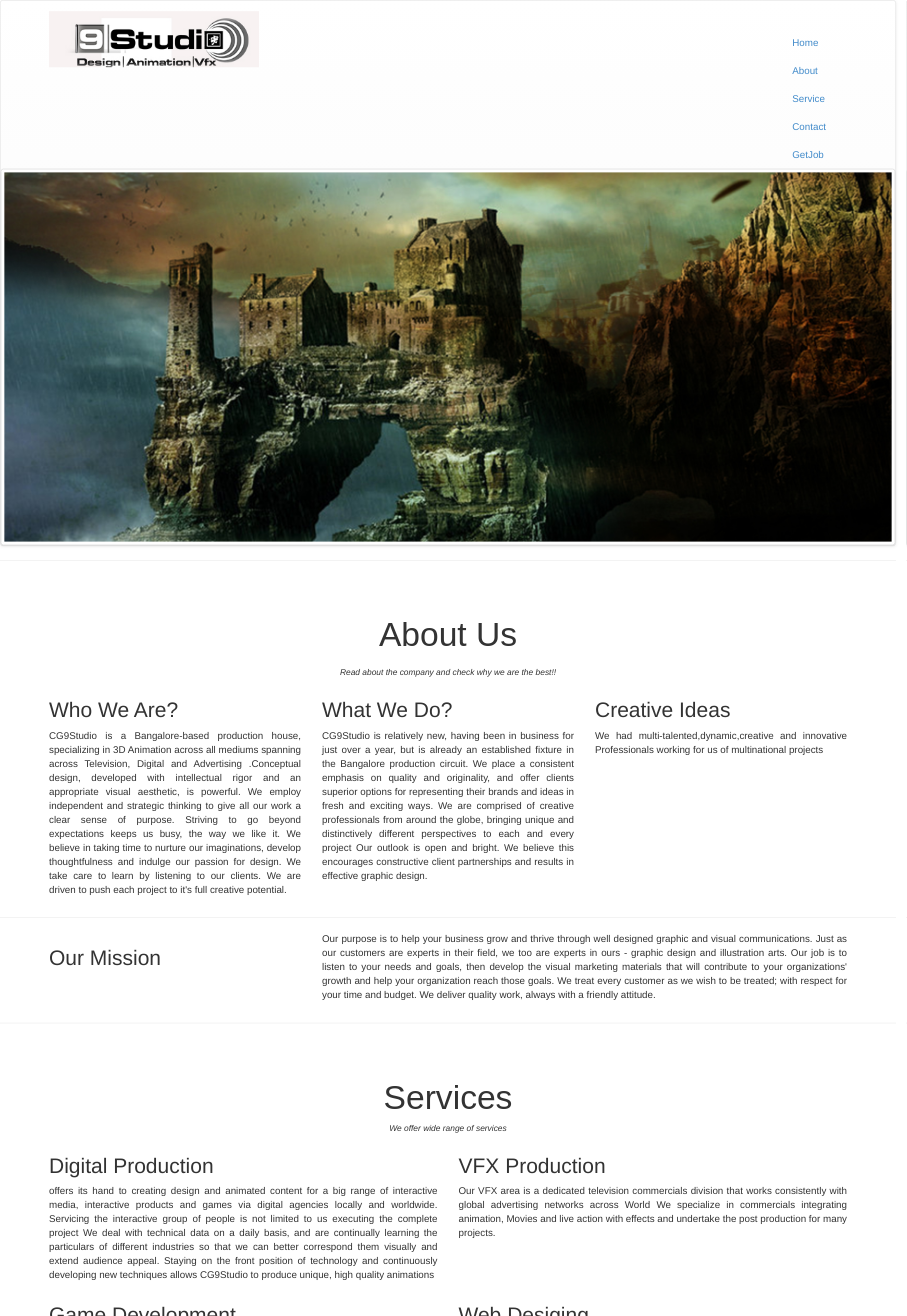
Repository: deepak6sp/BootstrapTheme1
Page: 9studio/WebContent/index.html
These files come from the project's save history. The page is drawn as it stood at one moment and after the next save; the edit follows.
The browser window is 1280 px wide. The page is 1295 px wide, so the pictures cover 1295 px, including what lies to the right of the window. The pictures show the part of the page from y = 0 to 1880 px (the page is 2639 px tall before and 2481 px after), at 70% of full size.
Some web libraries are served in a nearby version.

Above is the page before, as saved 2014-07-23 13:44:18.

### 9studio/WebContent/index.html
<!DOCTYPE html>
<html>
<head>
<meta charset="ISO-8859-1">
<title>Welcome To 9Studio</title>
<link rel="stylesheet" type="text/css" href="css/style.css">
<link rel="stylesheet" type="text/css" href="css/bootstrap.min.css">
<link rel="stylesheet" type="text/css" href="css/bootstrap-theme.min.css">
</head>
<body>
	<header class="navbar navbar-default">
		<div class="container">
			<div class="navbar-header">
				<a class="navbar-brand" href="#" title="9studio"><img src="images/logo.jpg"></a>
				<button class="navbar-toggle" data-toggle="collapse" data-target="#navheaderCollapse">
					<span class="icon-bar"></span>
			        <span class="icon-bar"></span>
			        <span class="icon-bar"></span>
	      		</button>
	      	</div>
	      	<br></br>
      		<div class="collapse navbar-collapse navbar-collapse-top" id="navheaderCollapse">
				<ul class="nav navbar-tabs navbar-right" >
					<li><a href="#">Home</a></li>
					<li><a href="#about-us">About</a></li>
					<li><a href="#service">Service</a></li>
					<li><a href="#contact">Contact</a></li>
					<li><a href="#getjob">GetJob</a></li>
				</ul>
			</div>
		</div>
		<img src="images/home1.jpg" class="img-thumbnail">
	</header>
	<hr><br></br>
		<section id="about-us">
			<div class="container">
				<div class="row text-center"><h1>About Us</h1></div>
				<div class="row text-center"><h6>Read about the company and check why we are the best!!</h6></div>
			</div>
			<div class="container">
				<div class="row">
					<div class="col-md-4">
						<h2>Who We Are?</h2>
						<p class="text-justify">CG9Studio is a Bangalore-based production house, specializing in 3D Animation across all mediums spanning across Television,
						Digital and Advertising .Conceptual design, developed with intellectual rigor and an appropriate visual aesthetic, is powerful.
						We employ independent and strategic thinking to give all our work a clear sense of purpose. Striving to go beyond expectations
						keeps us busy, the way we like it. We believe in taking time to nurture our imaginations, develop thoughtfulness and indulge our
						passion for design. We take care to learn by listening to our clients. We are driven to push each project to it's full creative
						potential.</p>
					</div>
					<div class="col-md-4">
						<h2>What We Do?</h2>
						<p class="text-justify">CG9Studio is relatively new, having been in business for just over a year, but is already an established fixture in the Bangalore
						production circuit. We place a consistent emphasis on quality and originality, and offer clients superior options for representing
						their brands and ideas in fresh and exciting ways. We are comprised of creative professionals from around the globe, bringing unique
						and distinctively different perspectives to each and every project Our outlook is open and bright. We believe this encourages
						constructive client partnerships and results in effective graphic design.</p>
					</div>
					<div class="col-md-4">
						<h2>Creative Ideas</h2>
						<p class="text-justify"> We had multi-talented,dynamic,creative and innovative Professionals working for us of multinational projects</p>
					</div>
				</div>
			</div>
			<hr>
			<div class="container">
				<div class="row">
					<div class="col-md-4">
						<h2>Our Mission</h2>
					</div>
					<div class="col-md-8">
						<p class="text-justify">Our purpose is to help your business grow and thrive through well designed graphic and visual communications. Just as our
						customers are experts in their field, we too are experts in ours - graphic design and illustration arts. Our job is to listen
						to your needs and goals, then develop the visual marketing materials that will contribute to your organizations' growth and help
						your organization reach those goals. We treat every customer as we wish to be treated; with respect for your time and budget. We
						deliver quality work, always with a friendly attitude.
					</div>
				</div>
			</div>
		</section>

	<hr><br></br>
		<section id="service">
			<div class="container">
				<h1 class="row text-center">Services</h1>
				<h6 class="row text-center">We offer wide range of services</h6>
			</div>
			<div class="container">
				<div class="row">
					<div class="col-md-6">
						<h2>Digital Production</h2>
						<p class="text-justify"> offers its hand to creating design and animated content for a big range of interactive media, interactive products and games
						via digital agencies locally and worldwide.  Servicing the interactive group of people is not limited to us executing the complete
						project We deal with technical data on a daily basis, and are continually learning the particulars of different industries so that
						we can better correspond them visually and extend audience appeal. Staying on the front position of technology and continuously
						developing new techniques allows CG9Studio to produce unique, high quality animations</p>
					</div>
					<div class="col-md-6">
						<h2>VFX Production</h2>
						<p class="text-justify">Our VFX area is a dedicated television commercials division that works consistently with global advertising networks across
						World We specialize in commercials integrating animation, Movies and live action with effects and undertake the post production for
						many projects.</p>
					</div>
				</div>
			</div>
			<div class="container">
				<div class="row">
					<div class="col-md-6">
						<h2>Game Development</h2>
						<p class="text-justify">CG9 Studio is  an internet-oriented game development company with a smart business plan, fun  game designs, and a talented team.</P>
						<p class="text-justify">Apps For  iPhone/iPad and Android, Windows Platform</p>
					</div>
					<div class="col-md-6">
						<h2>Web Desiging</h2>
						<p class="text-justify">Websites are a fantastic and affordable method of  attracting attention to your business. We offer a range of different website
						packages; including basic template websites and custom websites. We give you the  information needed to improve your site rank in the
						internet search engines  and, in turn, increase your site traffic and brand awareness.  If you're  after something different, don't
						hesitate to call or email me with your ideas!</p>
					</div>
				</div>
			</div>
		</section>

	<hr><br></br>
		<section id="contact">
			<div class="container">
				<h1 class="row text-center">Contact Us</h1>
				<h6 class="row text-center">Get In Touch</h6>
			</div>
			<div class="container">
				<form class="row">
					<div class="col-md-6">
						<div class="form-group">
							<input type="text" class="form-control" placeholder="Full Name"/>
						</div>
						<br />
						<div class="form-group">
							<input type="email" class="form-control" placeholder="Email Address">
						</div>
						<br />
					</div>
					<div class="col-md-6">
						<div class="form-group">
							<input type="text" class="form-control" placeholder="Company Name">
						</div>
						<br />
						<div class="form-group">
							<input type="number" class="form-control" placeholder="Phone Number">
						</div>
						<br />
					</div>
					<div class="col-md-12">
						<div class="form-group">
							<textarea class="form-control" placeholder="Additional Comments"></textarea>
						</div>
					</div>
				</form>
			</div>
		</section>

	<hr><br></br>
		<section id="getjob">
			<div id="container">
				<div class="row text-center">
					<h1 >Love Your Job</h1>
					<h6 >CG9Studio is looking for amazing people for our team.If you have unusual skills and you like working with big clients, just send your CV!</h6>
					<h6 ><button type="button" class="btn btn-info">Send you CV</button></h6>
				</div>
			</div>
		</section>

	<script src="http://ajax.googleapis.com/ajax/libs/jquery/1.11.1/jquery.min.js"></script>
	<script src="js/bootstrap.min.js"></script>
	<script src="js/script.js"></script>
</body>
</html>

### 9studio/WebContent/css/style.css
@CHARSET "ISO-8859-1";

div h1{
	font-family:Arial,Helvetica,sans-serif;
	font-size:48px;
}

div h6{
	font-style:italic;
}

### 9studio/WebContent/js/script.js
$(document).ready(function(){
		$('a[href^="#"]').on('click',function (e) {
		    e.preventDefault();

		    var target = this.hash,
		    $target = $(target);

		    $('html, body').stop().animate({
		        'scrollTop': $target.offset().top
		    }, 900, 'swing', function () {
		        window.location.hash = target;
		    });
		});
	});

Loaded but not shown: 9studio/WebContent/css/bootstrap.min.css (library); 9studio/WebContent/css/bootstrap-theme.min.css (library); 9studio/WebContent/js/bootstrap.min.js (library)

After the next save:
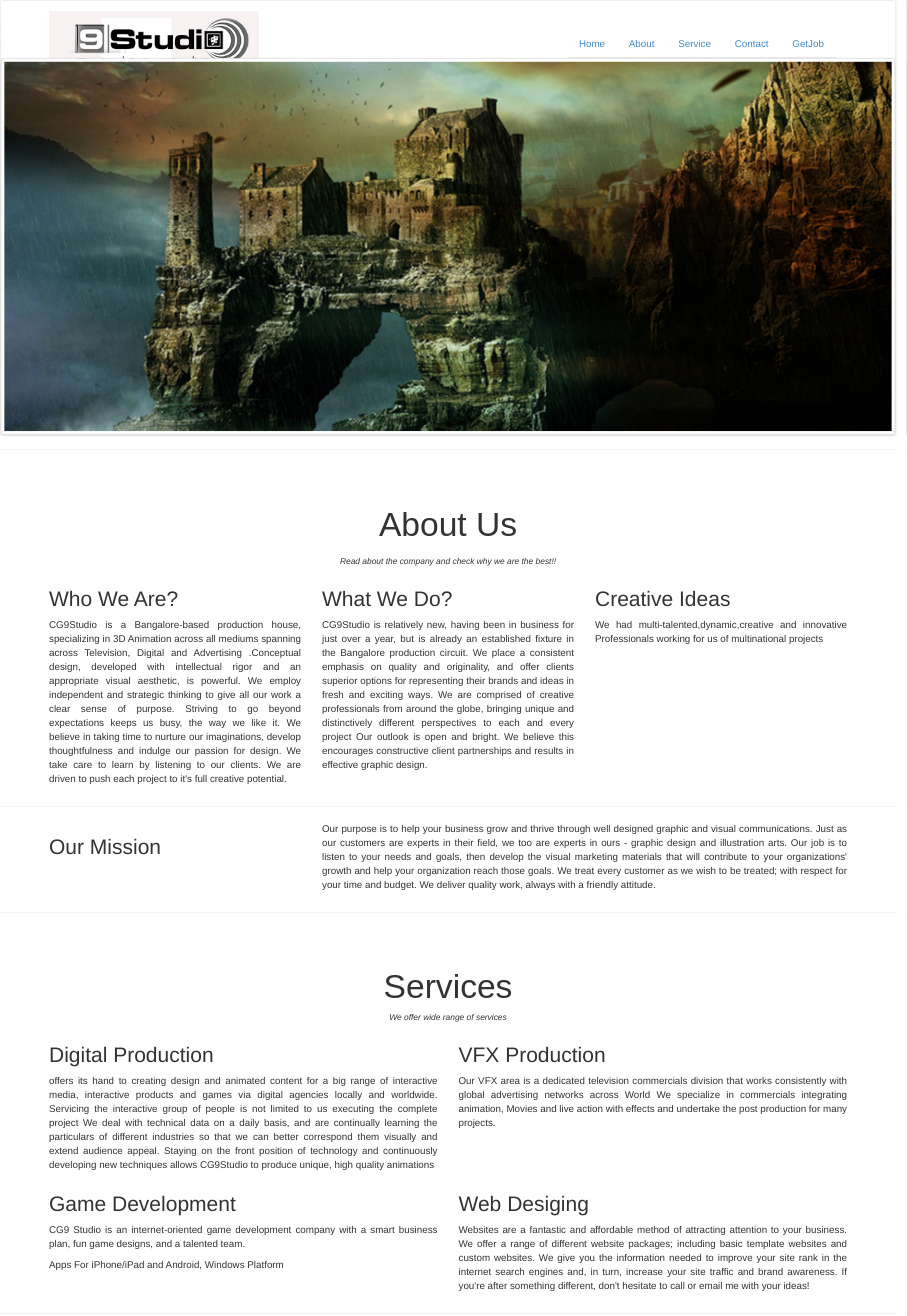
Saved 93 s later.
--- a/9studio/WebContent/index.html
+++ b/9studio/WebContent/index.html
@@ -20,7 +20,7 @@
 	      	</div>
 	      	<br></br>
       		<div class="collapse navbar-collapse navbar-collapse-top" id="navheaderCollapse">
-				<ul class="nav navbar-tabs navbar-right" >
+				<ul class="nav nav-tabs navbar-right" >
 					<li><a href="#">Home</a></li>
 					<li><a href="#about-us">About</a></li>
 					<li><a href="#service">Service</a></li>
